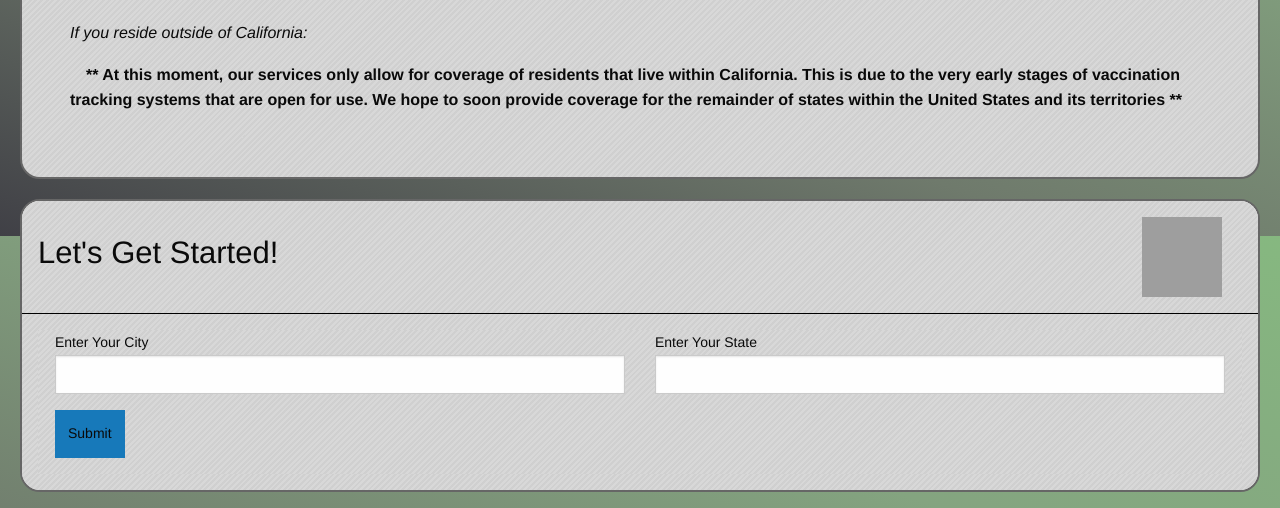
Repository: seddboi/Save-A-Shot
Page: index.html
An editor plug-in stored every save of this project. The page is shown before and after the next save, followed by the edit.
The browser window is 1280 px wide. The pictures show the part of the page from y = 1204 to 1712 px (the page is 1712 px tall).
Pictures or frames that could not be fetched are drawn as grey boxes. A picture or video elsewhere on the page could not be fetched, so the positions and the page height are approximate. The page's requests for data from a server got no answer. Backgrounds fixed to the window are drawn as part of the page. Some web libraries are served in a nearby version.

Above is the page before, as saved 2021-03-19 22:22:24.

### index.html
<!DOCTYPE html>
<html lang="en">
  <head>
    <meta charset="UTF-8" />
    <meta name="viewport" content="width=device-width, initial-scale=1.0" />
    <meta http-equiv="X-UA-Compatible" content="ie=edge" />

    <link rel="stylesheet" href="https://pro.fontawesome.com/releases/v5.10.0/css/all.css"
    integrity="sha384-AYmEC3Yw5cVb3ZcuHtOA93w35dYTsvhLPVnYs9eStHfGJvOvKxVfELGroGkvsg+p"
    crossorigin="anonymous"
    />

    <link rel="stylesheet" href="https://cdn.jsdelivr.net/npm/foundation-sites@6.6.3/dist/css/foundation.min.css"
    integrity="sha256-ogmFxjqiTMnZhxCqVmcqTvjfe1Y/ec4WaRj/aQPvn+I="
    crossorigin="anonymous">

    <link rel="stylesheet" href="./assets/css/style.css" />
    <title>Save-A-Shot</title>
  </head>

  <body>
    <div class="top-bar">
      <div class="top-bar-left">
        <h5 class="menu-text"><strong>Save-A-Shot</strong></h5>
      </div>
      <div class="top-bar-right align-middle">
        <ul class="menu" id='menu'>
          <li><a  href="#mission">About</a></li>
          <li><a href=#services>Services</a></li>
          <li><a href="#start-form">Get Started</a></li>
        </ul>
      </div>
    </div>

    <div class="main-title">
      <div class="main-title-text">
          <h1>Welcome to <br /><strong>Save-A-Shot</strong></h1>
      </div>
    </div>


    <div id ='mission' class="callout grid-x primary clearfix ">
      <div class='grid-x grid-padding-x align-spaced align-middle'>
        <div class='cell small-6'>
          <h3>Our Mission</h3>
          <p>&emsp;As the pandemic continues to spread wildly around us, we have all had to face the stress and uncertainty of how our safety and health could result in the end. So with Save-A-Shot, we wanted to create a universal mapping program that could assist in keeping you safe from the Coronavirus 2019. With the vaccine still being relatively new, there is much uncertainty and confusion of how and where you could get the vaccine. Whether it be for yourself or your loved ones, Save-A-Shot was made out to create a universal guide to locating and scheduling vaccination appointments, at the simple click of a button.</p>
        </div>
        <img id='get-vaccinated-gif' src="https://media.giphy.com/media/FO8CZ01HoTCA5ahQQq/giphy.gif">
      </div>
    </div>

    <div id='services' class="callout large primary">
      <div id='top-section-services' class='grid-x align-justify align-middle'>
        <img id='multi-vax-gif' class='large-order-1 medium-order-1 small-order-2' src='https://media.giphy.com/media/eCYMDIvccUYqNjTXHr/giphy.gif'>
        <div class='cell small-6 large-order-2 medium-order-2 small-order-1 grid-y'>
          <h3>How We Can Help</h3>
          <p><em>If you reside within California:</em>
            <ul>
              <li>We provide information on how widespread the virus is in your area</li>
              <li>We present a localized map of nearby clinics/hospitals/pharmacies that provide COVID 19 vaccination services</li>
              <li>We also provide the ability to follow another link to schedule a vaccination appointment (where availability and accessibility allows)</li>
            </ul>
          </p>
        </div>
      </div>
      <p><em>If you reside outside of California:</em>
        <p>&emsp;<strong>** At this moment, our services only allow for coverage of residents that live within California. This is due to the very early stages of vaccination tracking systems that are open for use. We hope to soon provide coverage for the remainder of states within the United States and its territories **</strong></p>
      </p>
    </div>

    <div id='bottom-form' class="card grid-x" >
      <div id='card-divider'class="card-divider align-justify align-middle">
        <h3 id='start-form'>Let's Get Started!</h3>
        <img id='virus-gif' src="https://media.giphy.com/media/GWW6OQgQyJLHB0rkx3/giphy.gif">
      </div>
      <div class="card-section" id='card-section'>
        <form id='form'>
          <div class="grid-container">
            <div class="grid-x grid-padding-x">
              <div class="medium-6 cell">
                <label>Enter Your City
                  <input id ='city' type="text" >
                </label>
              </div>
              <div class="medium-6 cell">
                <label>Enter Your State
                  <input id='state' type="text" >
                </label>
              </div>
            </div>
            <button type='button' class='button small'>
              <a href='results.html'><label>Submit</label></a>
            </button>
          </div>

          <!-- or ...

          <div class='grid-container'>
            <div class='grid-x grid-padding-x'>
              <label>
                Enter Your Zip Code
                <input id='zipcode' class='cell medium-6' type="number" >
              </label>
            </div>
            <button href='results.html' type='button' class='button'>
              <a href='results.html'><label>Submit</label></a>
            </button>
          </div> -->
        </form>
      </div>
    </div>



    <script src="https://cdnjs.cloudflare.com/ajax/libs/jquery/3.2.1/jquery.min.js"></script>
    <script src='./assets/js/scheduler.js'></script>
  </body>

### assets/css/style.css
* {
    box-sizing: border-box;
}

body {
    background: linear-gradient(380deg, #404046, #6f7a6c, #84a480, #86b880) fixed 100%;
}

.top-bar {
    background-image: radial-gradient(circle at center center, rgb(228, 228, 228),rgb(35,35,35));
    border: 2px outset rgb(128, 128, 128);
    color: #ffffff;
    border-radius: 10px;;
    margin: 5px;
}

#menu {
    background-color: transparent;
}

.top-bar ul li a {
    text-decoration: none;
    color: #ffffff;
}

.main-title {
    background: url("https://cdn.the-scientist.com/assets/articleNo/68059/hImg/40017/istock-1215208129-banner-l.png") 50% no-repeat;
    background-size: cover;
    height: 50vh;
    border-radius: 10px;
    margin-left: 20px;
    margin-right: 20px;
    margin-top: 20px;
    text-align: center;
    display: -webkit-flex;
    display: -ms-flexbox;
    display: flex;
    -webkit-align-items: center;
        -ms-flex-align: center;
            align-items: center;
    -webkit-justify-content: center;
        -ms-flex-pack: center;
            justify-content: center;
}

#bottom-form {
    background-image: repeating-linear-gradient(315deg, rgba(134,134,134, 0.1) 0px, rgba(134,134,134, 0.1) 2px,transparent 2px, transparent 4px),linear-gradient(270deg, rgb(216,216,216),rgb(216,216,216));    border: 1px solid#666;
    margin-left: 20px;
    margin-right: 20px;
    margin-top: 20px;
    border: 2px solid #666;
    border-radius: 20px;
}

#card-divider {
    border-bottom: 1px solid #000000;
    background-image: repeating-linear-gradient(315deg, rgba(134,134,134, 0.1) 0px, rgba(134,134,134, 0.1) 2px,transparent 2px, transparent 4px),linear-gradient(270deg, rgb(216,216,216),rgb(216,216,216));
}

.main-title-text {
    color: #fefefe;
    text-shadow: 3px 3px 7px #0a0a0a;
}

#mission {
    margin-left: 20px;
    margin-right: 20px;
    margin-top: 20px;
    border: 2px solid #666;
    border-radius: 20px;
    background-image: repeating-linear-gradient(315deg, rgba(134,134,134, 0.1) 0px, rgba(134,134,134, 0.1) 2px,transparent 2px, transparent 4px),linear-gradient(270deg, rgb(216,216,216),rgb(216,216,216));
}

#get-vaccinated-gif {
    width: 300px;
    height: auto;
    border: 1px solid#666;
    border-radius: 7px;
}

#services {
    margin-left: 20px;
    margin-right: 20px;
    margin-top: 20px;
    border: 2px solid #666;
    border-radius: 20px;
    background-image: repeating-linear-gradient(315deg, rgba(134,134,134, 0.1) 0px, rgba(134,134,134, 0.1) 2px,transparent 2px, transparent 4px),linear-gradient(270deg, rgb(216,216,216),rgb(216,216,216));
}

#top-section-services {
    margin-bottom: 40px;
}

#multi-vax-gif {
    width: 40%;
    height: 40%;
    border: 1px solid#666;
    border-radius: 7px;
}

#card-section {
    background-image: repeating-linear-gradient(315deg, rgba(134,134,134, 0.1) 0px, rgba(134,134,134, 0.1) 2px,transparent 2px, transparent 4px),linear-gradient(270deg, rgb(216,216,216),rgb(216,216,216));
}

#form {
    background-image: repeating-linear-gradient(315deg, rgba(134,134,134, 0.1) 0px, rgba(134,134,134, 0.1) 2px,transparent 2px, transparent 4px),linear-gradient(270deg, rgb(216,216,216),rgb(216,216,216));
}

#virus-gif {
    width: 80px;
    height: 80px;
    margin-right: 20px;
}

### assets/js/scheduler.js
// This is our Javascript:

var website = "https://api.vaccinateca.com/v1/locations.json"
var zip = 92101;

var dataSet = function(url){
    fetch(url).then(function(response){
        if(response.ok){
            response.json().then(data => {
                console.log(data)
                var count = 0;

                for(var i = 0; i < data.content.length; i++){
                    count++;
                    var address = data.content[i].Address;

                    if("Availability Info" in data.content[i]){
                        var available = data.content[i]["Availability Info"][0];
                        if(available.includes("Yes")){
                            getLocations(zip, address);
                        }
                    }
                    else{
                        continue;
                    }
                }
            })
        }
        else{
            console.log("error: " + response.statusText)
        }
    })
}

function getLocations(zipCode, address){
    try{
        if(address.includes(zipCode)){//might need a function next here.
            console.log(address)
        }
    }catch{
        // need to add something since it returns undefined and might cause a problem later.
        console.log("Error")
    }
}

dataSet(website);

// Starting from here the maps api section is here.
// keep this for now this is using google maps and for the map on the website
// maybe use open street map instead

// var script = document.createElement("script");
// var mapArea = document.createElement("div");
// var key = "AIzaSyAA56LyLz0Je0lF6xwbl9DLhzuI_QOurJM"
// var mapsite = "https://maps.googleapis.com/maps/api/js?key=" + key + "&callback=initMap&libraries=&v=weekly"

// mapArea.id = "map";
// mapArea.style.height = "100%";
// script.src = mapsite;

// document.body.insertBefore(mapArea, document.body.firstChild)
// document.body.appendChild(script);

// let map;

// function initMap() {
//   map = new maps.Map(mapArea, {
//     center: { lat: -34.397, lng: 150.644 },
//     zoom: 8,
//   });
// }

// initMap();

After the next save:
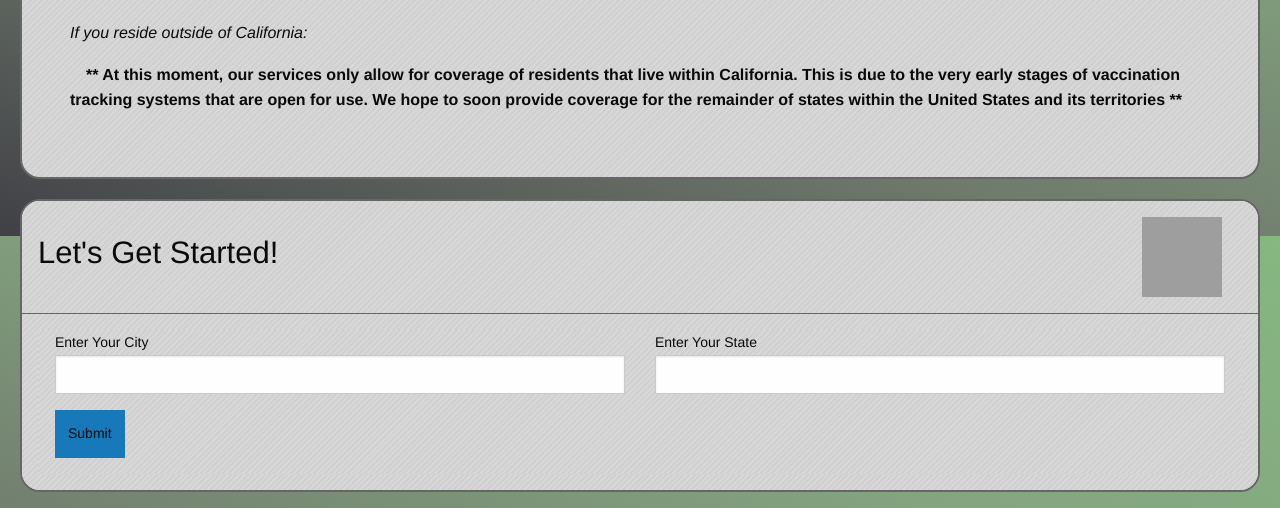
Saved 29 s later.
--- a/assets/css/style.css
+++ b/assets/css/style.css
@@ -53,7 +53,7 @@ body {
 }
 
 #card-divider {
-    border-bottom: 1px solid #000000;
+    border-bottom: 1px solid #666;
     background-image: repeating-linear-gradient(315deg, rgba(134,134,134, 0.1) 0px, rgba(134,134,134, 0.1) 2px,transparent 2px, transparent 4px),linear-gradient(270deg, rgb(216,216,216),rgb(216,216,216));
 }
 
